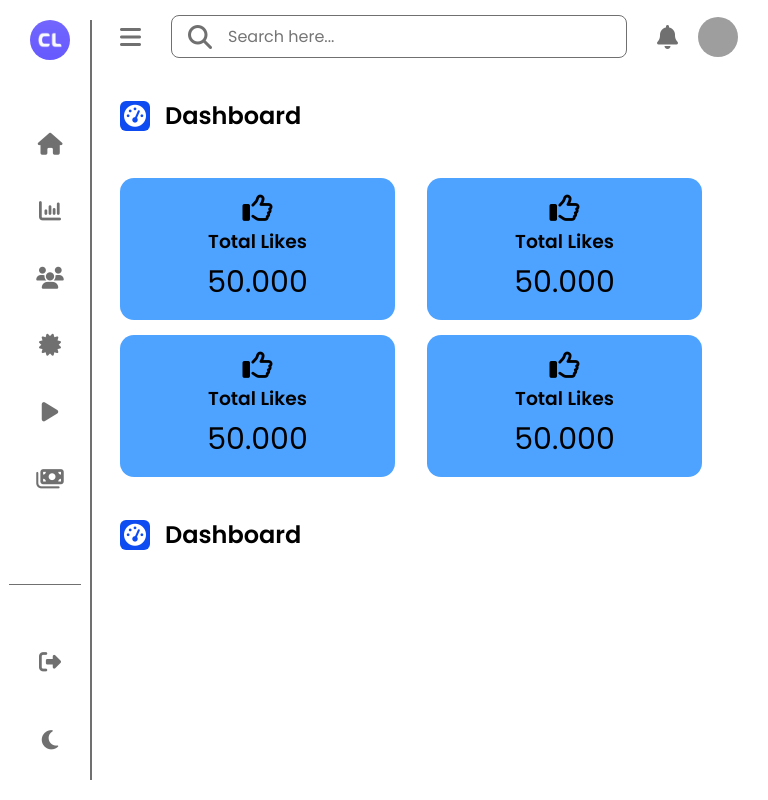
Repository: phamngocthang/practice-html-css
Page: Admin/dist/index.html
These files come from the project's save history. The page is drawn as it stood at one moment and after the next save; the edit follows.
The browser window is 768 px wide. The pictures show the whole page.
Pictures or frames that could not be fetched are drawn as grey boxes. The style sheet was rebuilt from its Sass, Less or Tailwind sources for each picture, by a compiler version that may differ from the author's.

Above is the page before, as saved 2023-10-25 13:45:47.

After the next save:
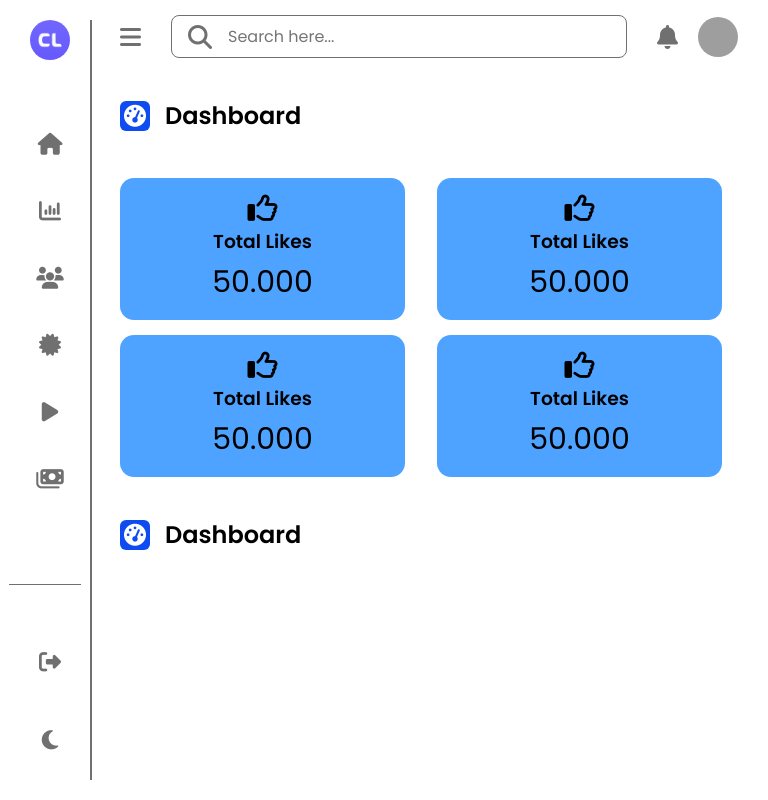
Saved 33 s later.
--- a/Admin/scss/main.scss
+++ b/Admin/scss/main.scss
@@ -384,7 +384,7 @@ nav.close {
         .content {
             .data {
                 &__box {
-                    width: calc(100% / 2 - 50px);
+                    width: calc(100% / 2 - 40px);
                     margin-top: 15px;
                 }
             }
